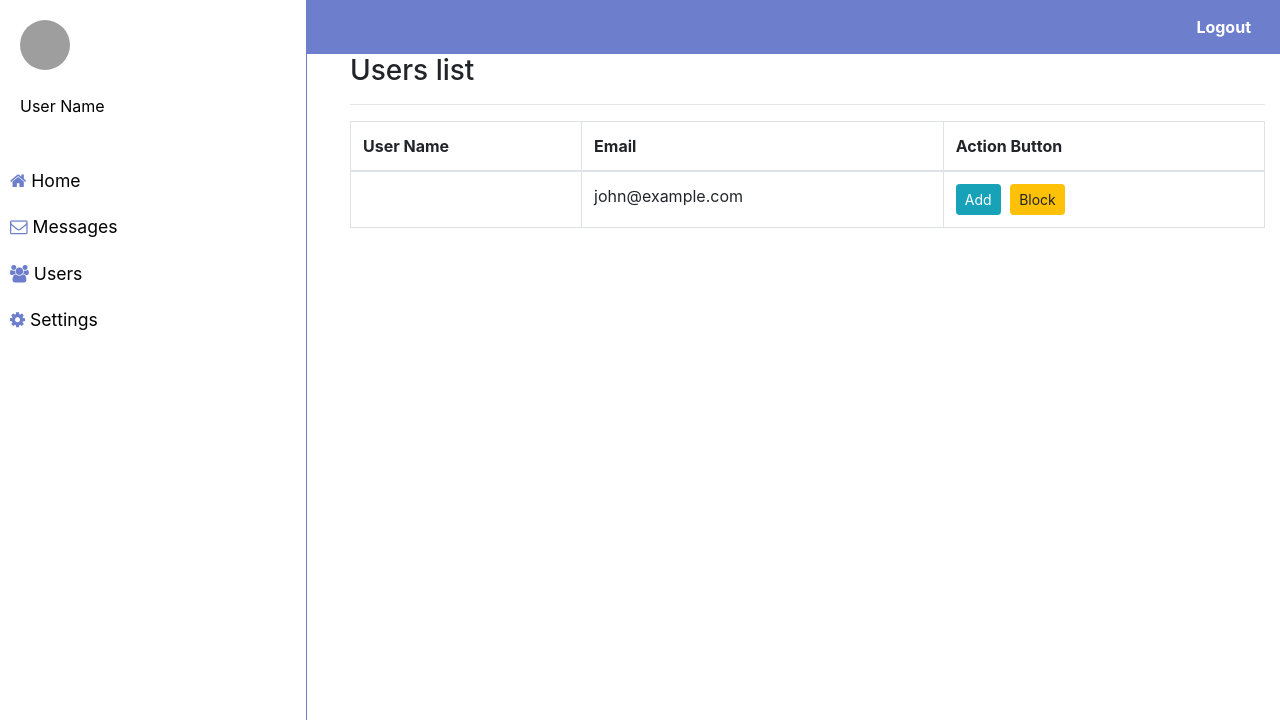
Repository: Evelyn-kate/chatapp-frontend-backend
Page: /users (app in my-app/)
An editor plug-in stored every save of this project. The page is shown before and after the next save, followed by the edit.
The browser window is 1280 px wide. The pictures show the whole page.
Pictures or frames that could not be fetched are drawn as grey boxes. Some web libraries are served in a nearby version. The project was rebuilt for these pictures with package versions that can differ from the ones it lists, and the page was loaded fresh each time. Also part of the build but not shown: my-app/src/components/WelcomeComponent.jsx, my-app/src/components/LoginComponent.jsx, my-app/src/components/WelcomedComponent.jsx, my-app/src/components/SettingsComponent.jsx, my-app/src/components/MessageComponent.jsx.

Above is the page before, as saved 2020-11-13 11:30:59.

After the next save:
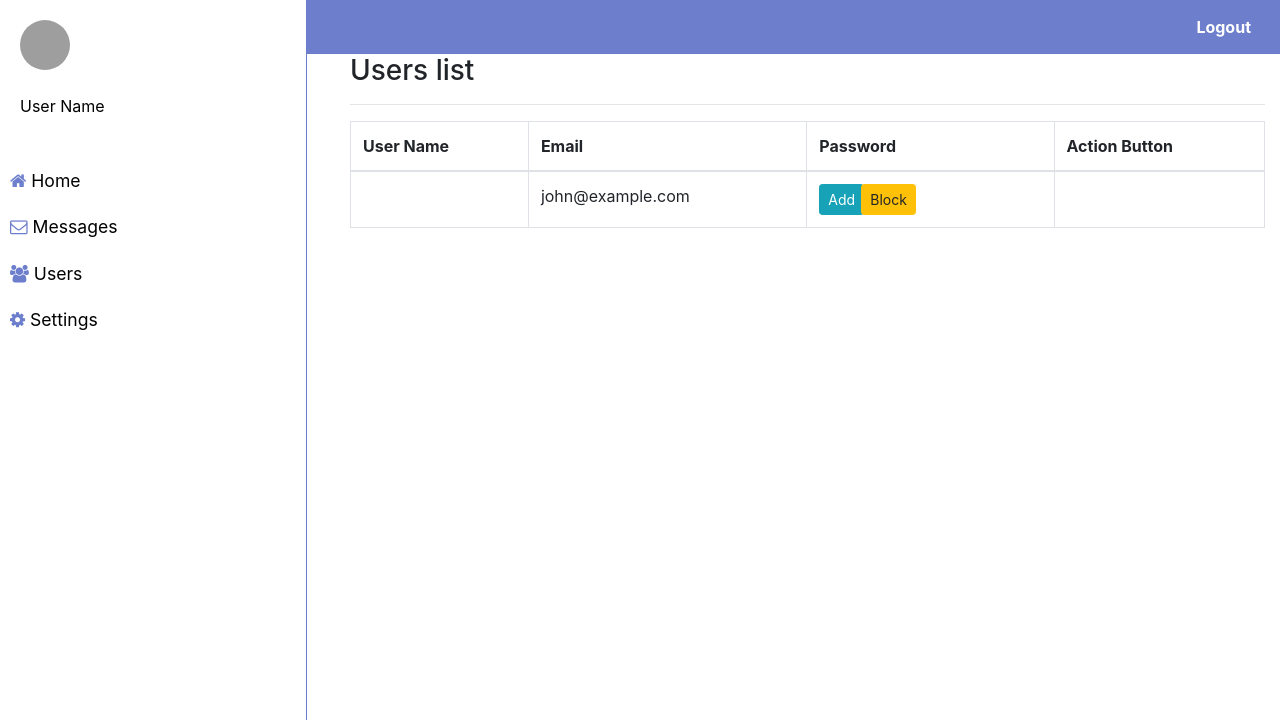
Saved 3 h 12 min later.
--- a/my-app/src/components/UserComponent.jsx
+++ b/my-app/src/components/UserComponent.jsx
@@ -8,8 +8,8 @@ class UserComponent extends React.Component {
     // logout() {
     //     this.props.history.push('/logout');
     // }
-    render(){
-        const {username} = this.props.match.params;
+    render() {
+        const { username } = this.props.match.params;
         console.log(username);
         return (
             <div>
@@ -24,52 +24,53 @@ class UserComponent extends React.Component {
                         </div>
 
                         <div className="col-9 pr-0">
-                                {/*navbar component*/}
-                                <NavComponent history={this.props.history} />
+                            {/*navbar component*/}
+                            <NavComponent history={this.props.history} />
 
 
-                                <div className="container">
-                                    <div className="panel panel-info">
-                                        <div className="panel-heading">
-                                            <h3> Users list</h3>
-                                            <hr/>
-                                        </div>
+                            <div className="container">
+                                <div className="panel panel-info">
+                                    <div className="panel-heading">
+                                        <h3> Users list</h3>
+                                        <hr />
+                                    </div>
 
-                                        <div className="panel-body">
+                                    <div className="panel-body">
 
 
-                                                <table className="table table-bordered" id="example">
-                                                    <thead>
-                                                        <tr>
-                                                            <th>User Name</th>
-                                                            <th>Email</th>
-                                                            <th>Action Button</th>
-                                                        </tr>
-                                                    </thead>
-                                                    <tbody>
-                                                        <tr>
-                                                            <td></td>
-                                                            <td>john@example.com</td>
-                                                            <td>
-                                                                <div className="row">
-                                                                    <div className="col-2">
-                                                                        <a href="#" class="btn btn-sm btn-info">Add</a>
-                                                                    </div>
-                                                                    <div className="col-2">
-                                                                        <a href="#" class="btn btn-sm btn-warning">Block</a>
-                                                                    </div>
-                                                                </div>
-                                                            </td>
-                                                        </tr>
+                                        <table className="table table-bordered" id="example">
+                                            <thead>
+                                                <tr>
+                                                    <th>User Name</th>
+                                                    <th>Email</th>
+                                                    <th>Password</th>
+                                                    <th>Action Button</th>
+                                                </tr>
+                                            </thead>
+                                            <tbody>
+                                                <tr>
+                                                    <td></td>
+                                                    <td>john@example.com</td>
+                                                    <td>
+                                                        <div className="row">
+                                                            <div className="col-2">
+                                                                <a href="#" class="btn btn-sm btn-info">Add</a>
+                                                            </div>
+                                                            <div className="col-2">
+                                                                <a href="#" class="btn btn-sm btn-warning">Block</a>
+                                                            </div>
+                                                        </div>
+                                                    </td>
+                                                </tr>
 
-                                                    </tbody>
-                                                </table>
+                                            </tbody>
+                                        </table>
 
-                                        </div>
                                     </div>
                                 </div>
+                            </div>
 
-                            </div>
+                        </div>
 
                     </div>
                 </div>
